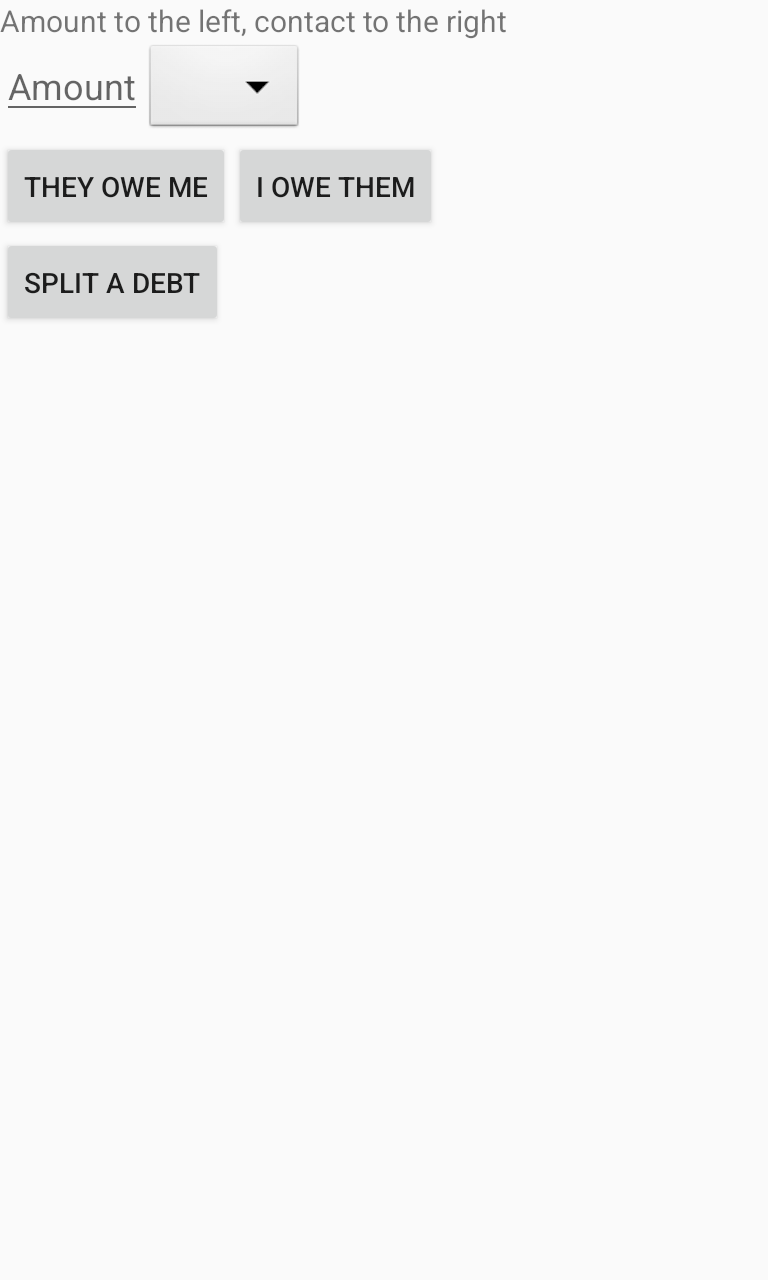
Repository: wisingd/Dajoroli
Layout: Workspace/SplitIt/res/layout/debt_view.xml
These files come from the project's save history. The layout is drawn as it stood at one moment and after the next save; the edit follows.
It is drawn on a 768 x 1280 px phone screen (xhdpi) without system bars, with theme AppTheme; the app's code is not run.

Above is the layout before, as saved 2014-05-16 08:02:40.

### Workspace/SplitIt/res/layout/debt_view.xml
<?xml version="1.0" encoding="utf-8"?>
<LinearLayout xmlns:android="http://schemas.android.com/apk/res/android"
    android:layout_width="match_parent"
    android:layout_height="match_parent"
    android:orientation="vertical" >

    <TextView
        android:layout_width="wrap_content"
        android:layout_height="wrap_content"
        android:text="@string/information_text"
        android:textSize="15sp" />

    <LinearLayout
        android:layout_width="wrap_content"
        android:layout_height="wrap_content"
        android:orientation="horizontal" >

        <EditText
            android:id="@+id/debt_amount"
            android:layout_width="wrap_content"
            android:layout_height="wrap_content"
            android:hint="@string/amount"
            android:inputType="number" />

        <Spinner
            android:id="@+id/contact_name"
            android:layout_width="wrap_content"
            android:layout_height="wrap_content"
            android:background="@android:drawable/btn_dropdown"
            android:prompt="@string/name"
            android:spinnerMode="dropdown" />
    </LinearLayout>

    <LinearLayout
        android:layout_width="wrap_content"
        android:layout_height="wrap_content"
        android:orientation="horizontal" >

        <Button
            android:layout_width="wrap_content"
            android:layout_height="wrap_content"
            android:onClick="theyOweMe"
            android:text="@string/they_owe_me" />

        <Button
            android:layout_width="wrap_content"
            android:layout_height="wrap_content"
            android:onClick="iOweThem"
            android:text="@string/i_owe_them" />
    </LinearLayout>

    <Button
        android:layout_width="wrap_content"
        android:layout_height="wrap_content"
        android:onClick="splitDebt"
        android:text="@string/split_debt" />



</LinearLayout>

### Workspace/SplitIt/res/values/strings.xml
<?xml version="1.0" encoding="utf-8"?>
<resources>

    <string name="app_name">Split It</string>
    <string name="action_settings">Settings</string>
    <string name="edit_message">Contact name</string>
    <string name="button_send">Create contact!</string>
    <string name="title_activity_display_message">New Activity</string>
    <string name="information_text">Amount to the left, contact to the right</string>
    <string name="view_contacts">View contacts</string>
    <string name="amount">Amount</string>
    <string name="contact">Name</string>
    <string name="they_owe_me">They owe me</string>
    <string name="i_owe_them">I owe them</string>
    <string name="startDebtMenu">Debt menu</string>
    <string name="startContactMenu">Contact menu</string>
    <string name="number">Contact phone number</string>
    <string name="erase_contacts">Erase contacts</string>
    <string name="name">Name</string>
    <string name="split_debt">Split a debt</string>

</resources>

Loaded but not shown: Workspace/SplitIt/res/values/styles.xml (common file); Workspace/SplitIt/res/values-v11/styles.xml (common file); Workspace/SplitIt/res/values-v14/styles.xml (common file)

After the next save:
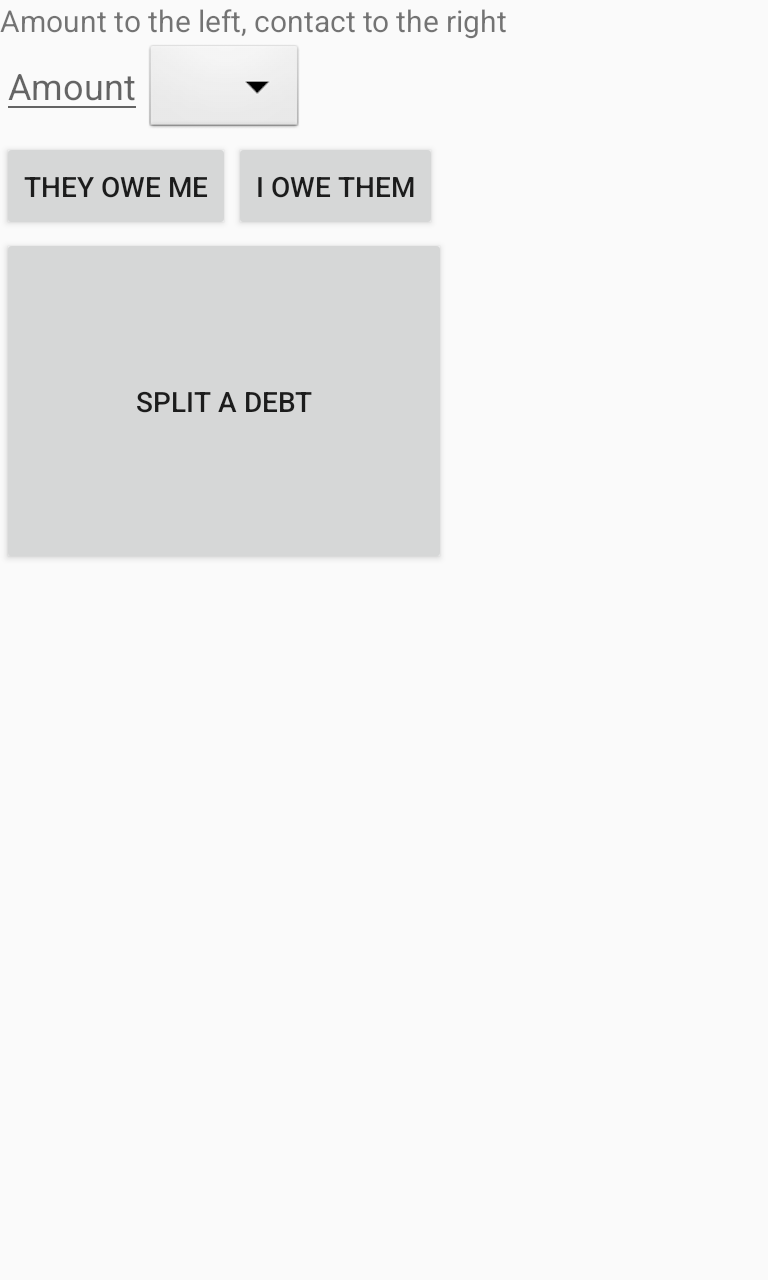
Saved 102 s later.
--- a/Workspace/SplitIt/res/layout/debt_view.xml
+++ b/Workspace/SplitIt/res/layout/debt_view.xml
@@ -1,4 +1,5 @@
 <?xml version="1.0" encoding="utf-8"?>
+
 <LinearLayout xmlns:android="http://schemas.android.com/apk/res/android"
     android:layout_width="match_parent"
     android:layout_height="match_parent"
@@ -50,11 +51,9 @@
     </LinearLayout>
 
     <Button
-        android:layout_width="wrap_content"
-        android:layout_height="wrap_content"
+        android:layout_width="224dp"
+        android:layout_height="167dp"
         android:onClick="splitDebt"
         android:text="@string/split_debt" />
 
-
-
 </LinearLayout>
